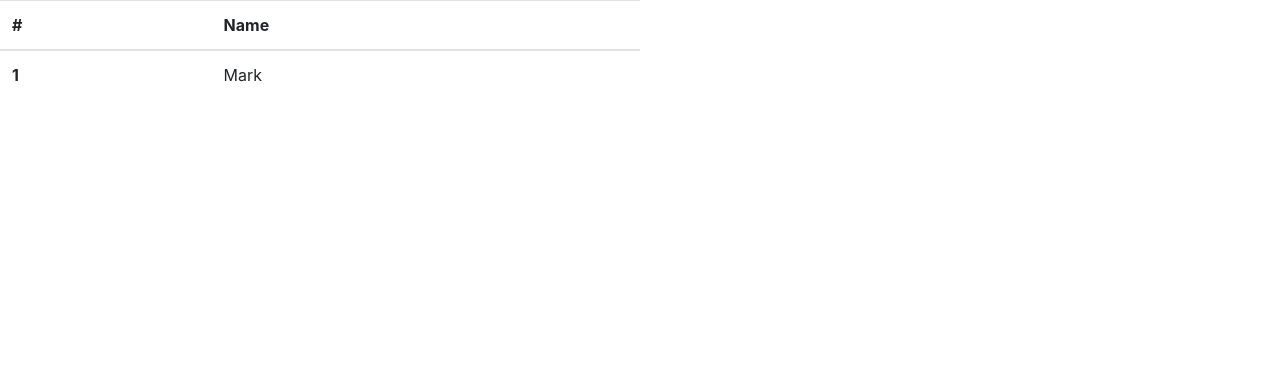
Repository: anhtu2110/backend
Page: http://localhost/backend/section-30_part_2/index.php
An editor plug-in stored every save of this project. The page is shown before and after the next save, followed by the edit.
The browser window is 1280 px wide. The pictures show the whole page.
The page is run by PHP 8.4 with error messages shown; the project is at /var/www/html/.

Above is the page before, as saved 2022-12-06 16:24:50.

After the next save:
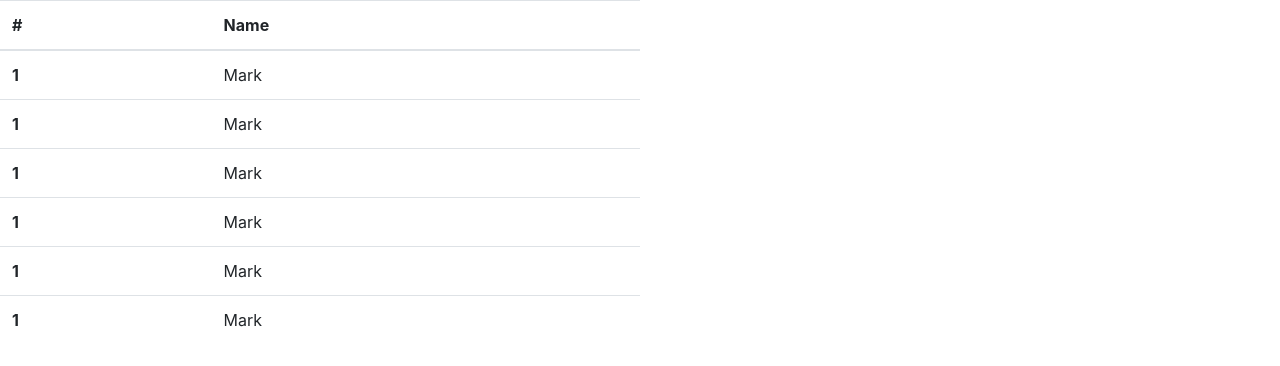
Saved 47 s later.
--- a/section-30_part_2/index.php
+++ b/section-30_part_2/index.php
@@ -125,10 +125,17 @@ $result = data_tree($data);
             </tr>
         </thead>
         <tbody>
-            <tr>
-                <th scope="row">1</th>
-                <td>Mark</td>
-            </tr>
+            <?php
+            foreach ($result as $item) {
+            ?>
+                <tr>
+                    <th scope="row">1</th>
+                    <td>Mark</td>
+                </tr>
+            <?php
+            }
+            ?>
+
         </tbody>
     </table>
 </body>
